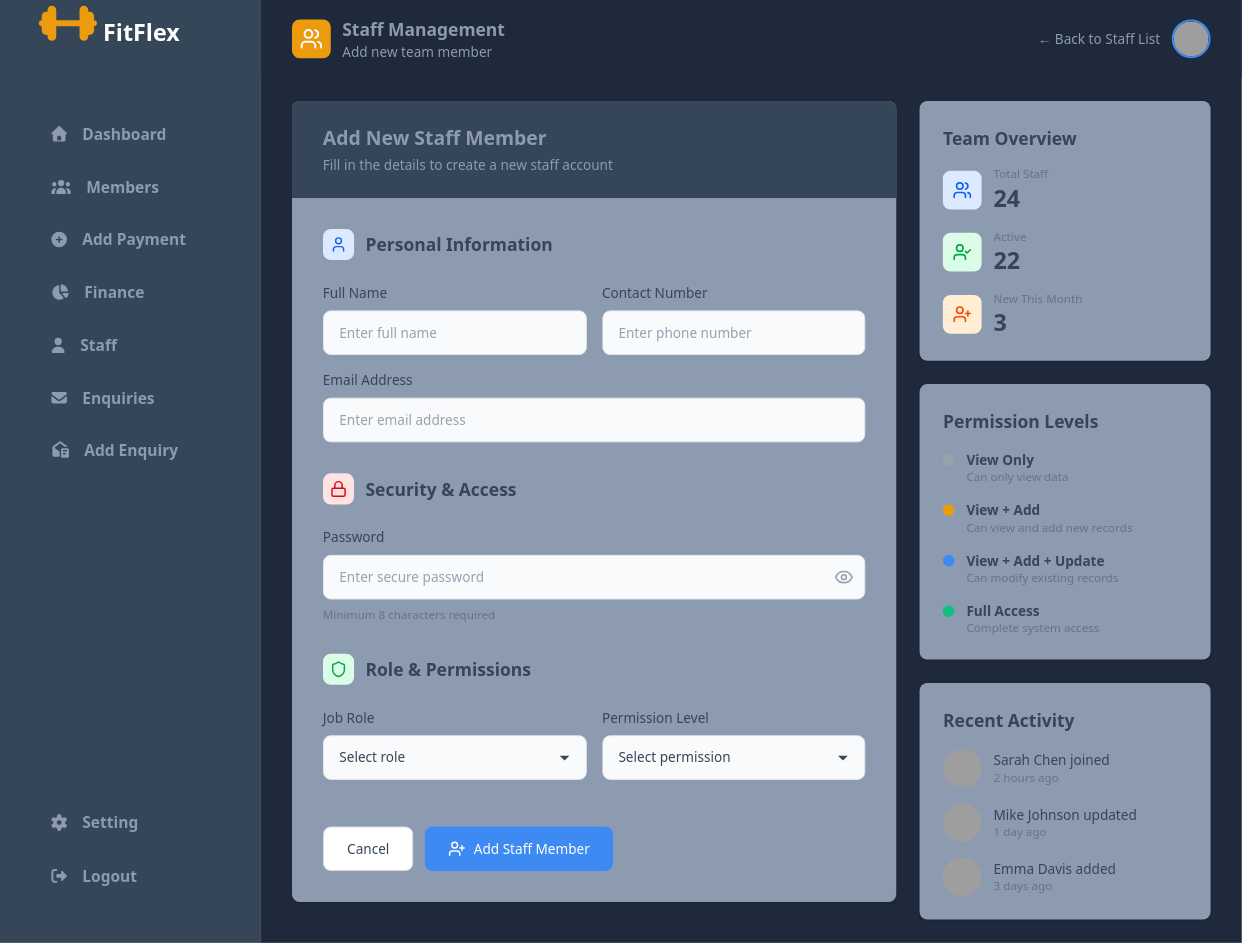
Repository: MuhammadTalhaTaj/gym_management_app_backend
Page: /addstaff (app in frontend/)
These files come from the project's save history. The page is drawn as it stood at one moment and after the next save; the edit follows.
The browser window is 1280 px wide. The pictures show the whole page, at 97% of full size.
Pictures or frames that could not be fetched are drawn as grey boxes. The project was rebuilt for these pictures with package versions that can differ from the ones it lists, and the page was loaded fresh each time. Also part of the build but not shown: frontend/vite.config.ts, frontend/src/assets/styles/AdminHeader.css, frontend/src/Components/AdminHeader.tsx, frontend/src/assets/styles/AdminDashboard.css, frontend/src/hooks/useDashboardData.ts, frontend/src/assets/styles/AdminDashboardStats.css, frontend/src/Components/AdminDashboardStats.tsx, frontend/src/Components/IncomeExpenseChart.tsx and 31 more.

Above is the page before, as saved 2025-11-21 10:41:57.

After the next save:
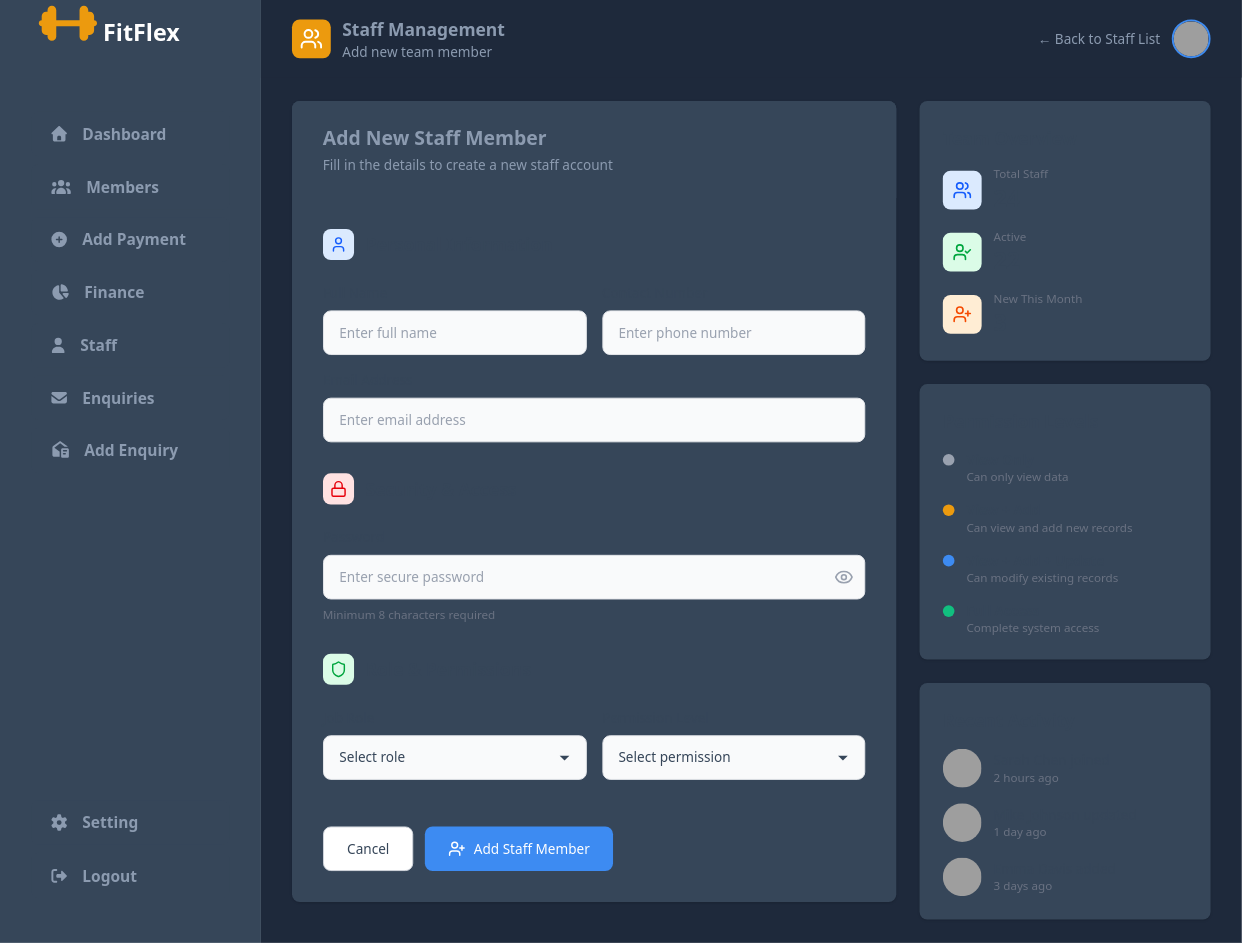
Saved 4 s later.
--- a/frontend/src/pages/Admin/AddStaff.tsx
+++ b/frontend/src/pages/Admin/AddStaff.tsx
@@ -77,7 +77,7 @@ export const staffData = {
 
 // Reusable Components
 const Card = ({ children, className = '' }) => (
-  <div className={`bg-[var(--primary-300)] rounded-lg shadow-sm ${className}`}>
+  <div className={`bg-[var(--primary-100)] rounded-lg shadow-sm ${className}`}>
     {children}
   </div>
 );
